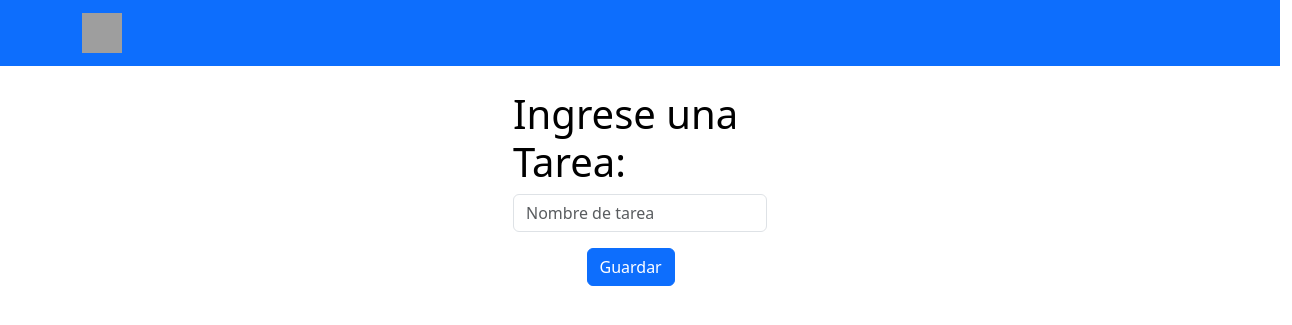
Repository: mgarrido0gb/registroTareas
Page: http://localhost/Tareas/Home
These files come from the project's save history. The page is drawn as it stood at one moment and after the next save; the edit follows.
The browser window is 1280 px wide. The page is 1292 px wide, so the pictures cover 1292 px, including what lies to the right of the window. The pictures show the whole page.
Pictures or frames that could not be fetched are drawn as grey boxes. The page is served by Tomcat 10. Other server files are loaded and not shown. Queries for data that is not in the repository find no rows.

Above is the page before, as saved 2024-05-21 16:53:03.

### Tareas/src/main/webapp/WEB-INF/home.jsp
<%@page import="models.Categoria"%>
<%@page import="models.Tarea"%>
<%@ page language="java" contentType="text/html; charset=ISO-8859-1"
    pageEncoding="ISO-8859-1" import="java.util.ArrayList" import="models.Tarea" import="models.Categoria"%>
<!doctype html>
<html lang="en">
  <head>
    <meta charset="utf-8">
    <meta name="viewport" content="width=device-width, initial-scale=1">
    <title>Registro Tareas</title>
    <link href="https://cdn.jsdelivr.net/npm/bootstrap@5.3.3/dist/css/bootstrap.min.css" rel="stylesheet" integrity="sha384-QWTKZyjpPEjISv5WaRU9OFeRpok6YctnYmDr5pNlyT2bRjXh0JMhjY6hW+ALEwIH" crossorigin="anonymous">
    <style type="text/css">
    	body{
    		background-color: white;
    		color: black;
    	}

    	li{
    		color: black;
    	}

    	.logotipo{
    		width: 30px;
    		height: 30px;
    	}






    </style>

  </head>
  <body>
  	<nav class="navbar bg-primary" id="nav">
  		<div class="container">
    		<a class="navbar-brand" href="#">
      			<img src="https://cdn-icons-png.flaticon.com/512/181/181627.png"  width="40" height="40">
    		</a>
  		</div>
	</nav>

    <div class="row">
    	<div class="col-3 offset-3 d-block m-auto m-0">
    		<form action="/Tareas/Home" method="post">
    			<div class="p-4">
    				<h1>Ingrese una Tarea: </h1>

    				<div class="text-center">
    					<input class="form-control" placeholder="Nombre de tarea" name="texto" type="text" required>
    				</div>
    			<div>
    			<div class="row">
    				<div class="col-3 offset-3 p-3">
    					<input type="submit" value="Guardar" class="btn btn-primary">
    				</div>

    			</div>
    		</div>

    	</form>

    </div>


    </div>
   <div class="row">
   		<div class="col-3 offset-2 d-block m-auto m-0 p-3">
   			 <%
    			ArrayList<Tarea> tareas = (ArrayList<Tarea>)request.getAttribute("tareas");
    		%>

    			<% for (Tarea t: tareas) { %>
    				<ul class="list-group">
    					<li <% if (t.completada == true){ %>class="text-decoration-line-through text-danger"<% } %> class="list-group-item">
    		 				<%=t.texto %> (creada en: <%=t.fecha %>)
    		 				<a href="/Tareas/CheckearTarea?id=<%=t.id%>"><img src="https://img.icons8.com/?size=48&id=sz8cPVwzLrMP&format=png" class="logotipo"></img></a>
    		 				<a href="/Tareas/GestionTarea?id=<%=t.id%>"><img src="https://img.icons8.com/?size=48&id=pre7LivdxKxJ&format=png" class="logotipo"></img></a>
    					</li>
    				<br>
    			<%}%>
    		</ul>

   		</div>
   </div>
    <script src="https://cdn.jsdelivr.net/npm/bootstrap@5.3.3/dist/js/bootstrap.bundle.min.js" integrity="sha384-YvpcrYf0tY3lHB60NNkmXc5s9fDVZLESaAA55NDzOxhy9GkcIdslK1eN7N6jIeHz" crossorigin="anonymous"></script>
  </body>
</html>

### Tareas/src/main/java/servlets/Home.java
package servlets;

import jakarta.servlet.RequestDispatcher;
import jakarta.servlet.ServletException;
import jakarta.servlet.annotation.WebServlet;
import jakarta.servlet.http.HttpServlet;
import jakarta.servlet.http.HttpServletRequest;
import jakarta.servlet.http.HttpServletResponse;
import models.Categoria;
import models.Tarea;

import java.io.IOException;
import java.sql.SQLException;
import java.util.ArrayList;

import daos.CategoriaDao;
import daos.TareaDao;


/**
 * Servlet implementation class Home
 */
public class Home extends HttpServlet {
	private static final long serialVersionUID = 1L;

    /**
     * Default constructor.
     */
    public Home() {
        // TODO Auto-generated constructor stub
    }

	/**
	 * @throws IOException
	 * @throws ServletException
	 * @see HttpServlet#doGet(HttpServletRequest request, HttpServletResponse response)
	 */
	protected void doGet(HttpServletRequest request, HttpServletResponse response) throws ServletException, IOException  {
		// TODO Auto-generated method stub
		try {
			ArrayList<Tarea> tareas = TareaDao.getAll();
			System.out.println(tareas);
			request.setAttribute("tareas", tareas);

			ArrayList<Categoria> cats = CategoriaDao.getAll();
			request.setAttribute("cats", cats);
		} catch(SQLException e) {
			System.out.println(e);
		}


		// 2. Cargamos el JSP
		RequestDispatcher vista = request.getRequestDispatcher("WEB-INF/home.jsp");
		vista.forward(request, response);
	}

	/**
	 * @see HttpServlet#doPost(HttpServletRequest request, HttpServletResponse response)
	 */
	protected void doPost(HttpServletRequest request, HttpServletResponse response) throws ServletException, IOException {
		// TODO Auto-generated method stub
		String textoNuevaTarea = request.getParameter("texto");
		try {
			TareaDao.addNew(textoNuevaTarea);

		} catch (SQLException e) {
			// TODO Auto-generated catch block
			e.printStackTrace();
		}


		response.sendRedirect("/Tareas/Home");
	}

}

### Tareas/src/main/java/daos/TareaDao.java
package daos;

import java.sql.Connection;
import java.sql.PreparedStatement;
import java.sql.ResultSet;
import java.sql.SQLException;
import java.sql.Statement;
import java.util.ArrayList;

import models.Categoria;
import models.MyConn;
import models.Tarea;

public class TareaDao {

	static public void addNew(String textoNuevaTarea) throws SQLException {
		//1.-  nueva conexion
		Connection conn = MyConn.getConnection();
		//2.- consulta
		PreparedStatement consulta =conn.prepareStatement("INSERT INTO TAREAS (texto) values(?)");
		consulta.setString(1, textoNuevaTarea);
		consulta.execute();
	}

	static public void deleteById (int idTarea) throws SQLException {
		// 1. Pedimos una conexion nueva
		Connection conn = MyConn.getConnection();
		// 2. Creamos la consulta
		PreparedStatement stmt = conn.prepareStatement(
			"delete from tareas where id=?"
		);
		stmt.setInt(1, idTarea);
		// 3. Ejecutar la stmt
		stmt.executeUpdate();
	  }

	static public void checkById (int idTarea) throws SQLException {
		// 1. Pedimos una conexion nueva
		Connection conn = MyConn.getConnection();
		// 2. Creamos la consulta
		PreparedStatement stmt = conn.prepareStatement(
			"update tareas set completada = true where id = ?"
		);
		stmt.setInt(1, idTarea);
		// 3. Ejecutar la stmt
		stmt.executeUpdate();
	  }





	static public ArrayList<String> get_textos () throws SQLException {
		// 1. Creamos un ArrayList vacío
		ArrayList<String> textos = new ArrayList<String>();
		// 2. Pedimos una conección nueva
		Connection conn = MyConn.getConnection();
		// 3. Creamos y ejecutamos la consulta
		Statement consulta = conn.createStatement();
		ResultSet respuesta = consulta.executeQuery("select * from tareas");

		// 4. Vamos llenando el ArrayList con lo que tenga la respuesta
		while (respuesta.next()) {
		  textos.add( respuesta.getString("texto") );
		}
		// 5. Retornamos el ArrayList, ahora lleno
		return textos;
	  }



	static public ArrayList<Tarea> getAll () throws SQLException {
		// 1. Creamos un ArrayList vacío
		ArrayList<Tarea> tareas = new ArrayList<Tarea>();
		// 2. Pedimos una conección nueva
		Connection conn = MyConn.getConnection();
		// 3. Creamos y ejecutamos la consulta
		Statement consulta = conn.createStatement();
		ResultSet respuesta = consulta.executeQuery("select * from tareas");

		// 4. Vamos llenando el ArrayList con lo que tenga la respuesta
		while (respuesta.next()) {
			Tarea t = new Tarea(
					respuesta.getInt("id"),
					respuesta.getString("texto"),
					respuesta.getBoolean("completada"),
					respuesta.getDate("fecha")

			);
		  tareas.add(t);
		}
		return tareas;
	  }
}

### Tareas/src/main/java/models/MyConn.java
package models;

import java.sql.Connection;
import java.sql.DriverManager;
import java.sql.SQLException;

public class MyConn {
	static final String URL = "jdbc:postgresql://localhost/ejemplo_dao";
	static final String USER = "postgres";
	static final String PASSWORD = "12345";
	static final String DRIVER = "org.postgresql.Driver";

	static public Connection conn = null;

    static public Connection getConnection () {
      if (conn != null) {
        return conn;
      }
      try {
    	Class.forName(DRIVER);
    	conn = (Connection) DriverManager.getConnection(URL, USER, PASSWORD);
      }
      catch (ClassNotFoundException | SQLException e) {
    	e.printStackTrace();
      }
      return conn;
    }
}

### Tareas/src/main/java/daos/CategoriaDao.java
package daos;

import java.sql.Connection;
import java.sql.ResultSet;
import java.sql.SQLException;
import java.sql.Statement;
import java.util.ArrayList;

import models.Categoria;
import models.MyConn;


public class CategoriaDao {
	static public ArrayList<Categoria> getAll () throws SQLException {
		// 1. Creamos un ArrayList vacío
		ArrayList<Categoria> categorias = new ArrayList<Categoria>();
		// 2. Pedimos una conección nueva
		Connection conn = MyConn.getConnection();
		// 3. Creamos y ejecutamos la consulta
		Statement consulta = conn.createStatement();
		ResultSet respuesta = consulta.executeQuery("select * from categoria order by id");

		// 4. Vamos llenando el ArrayList con lo que tenga la respuesta
		while (respuesta.next()) {
			Categoria c = new Categoria(
					respuesta.getInt("id"),
					respuesta.getString("nombre")

			);
		  categorias.add(c);
		}
		return categorias;
	  }
}

After the next save:
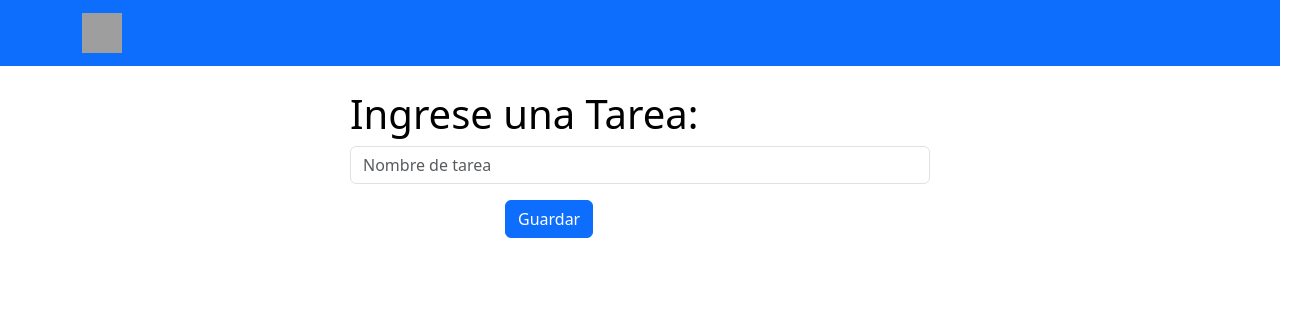
Saved 8 s later.
--- a/Tareas/src/main/webapp/WEB-INF/home.jsp
+++ b/Tareas/src/main/webapp/WEB-INF/home.jsp
@@ -42,7 +42,7 @@
 	</nav>
 
     <div class="row">
-    	<div class="col-3 offset-3 d-block m-auto m-0">
+    	<div class="col-3 offset-3 d-block m-auto m-0 col-sm-6">
     		<form action="/Tareas/Home" method="post">
     			<div class="p-4">
     				<h1>Ingrese una Tarea: </h1>
